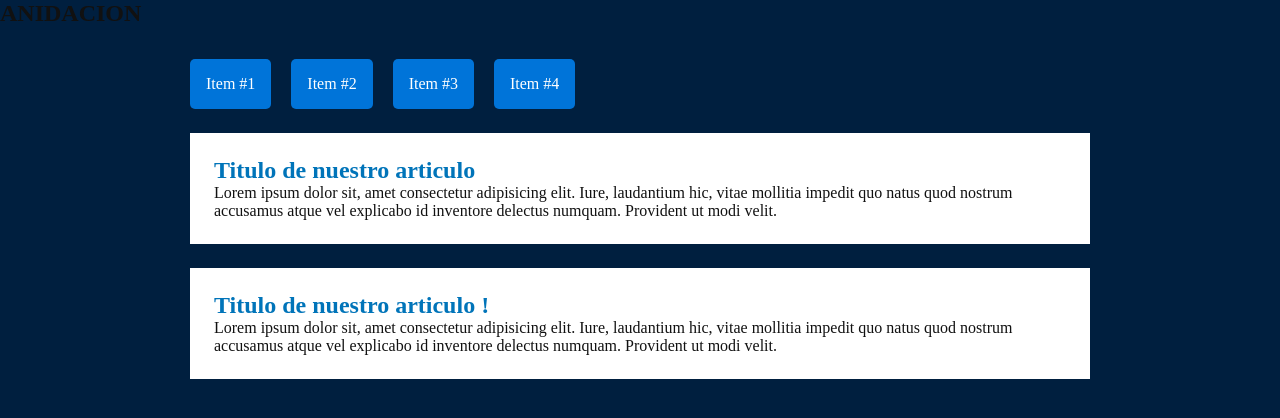
Repository: Alan966/Sass-desde-cero
Page: claseThree/index.html
An editor plug-in stored every save of this project. The page is shown before and after the next save, followed by the edit.
The browser window is 1280 px wide. The pictures show the whole page.
The style sheet was rebuilt from its Sass, Less or Tailwind sources for each picture, by a compiler version that may differ from the author's.

Above is the page before, as saved 2022-09-07 12:38:10.

After the next save:
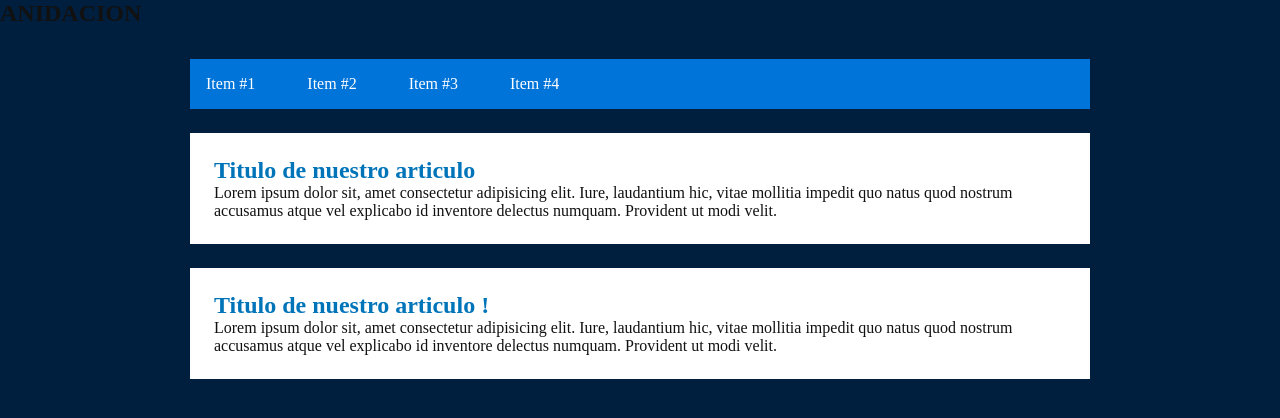
Saved 10 s later.
--- a/claseThree/main.sass
+++ b/claseThree/main.sass
@@ -24,7 +24,7 @@ a:hover
 // Header
 
 header
-    // background: #0074D9
+    background: #0074D9
     margin-bottom: 1.5em
     nav
         a
